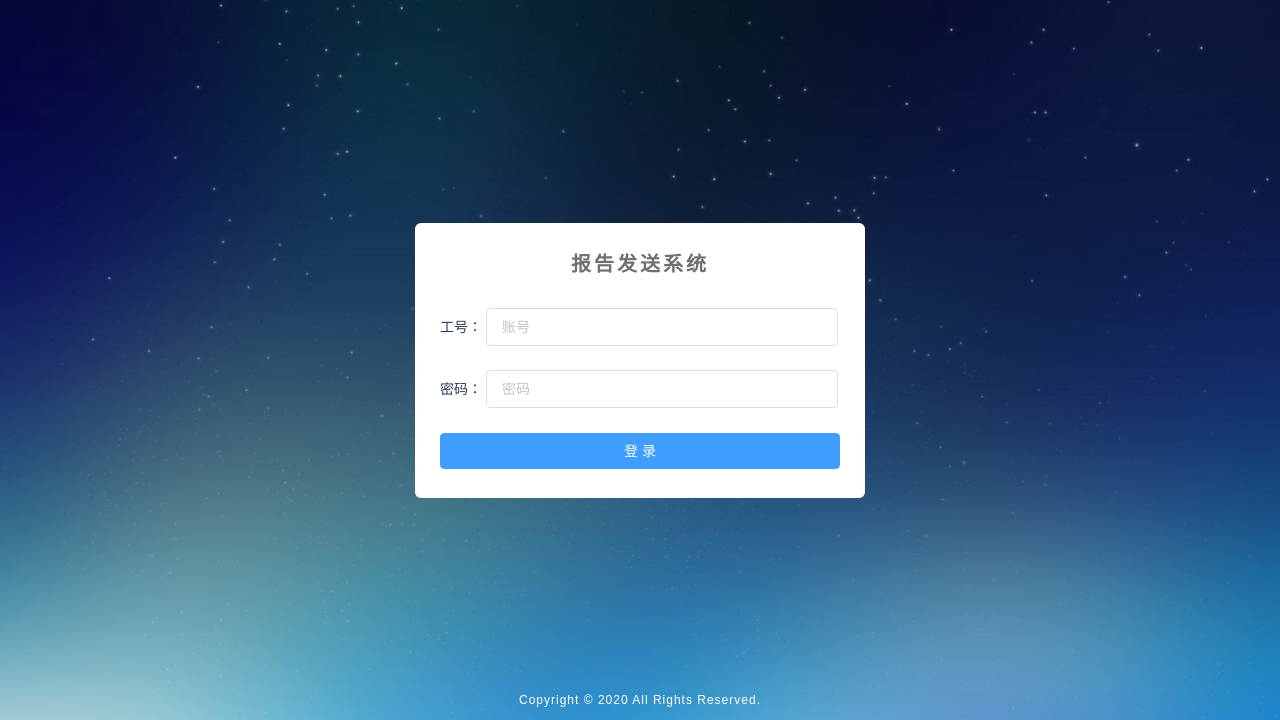
Repository: williamBoss/limsReport
Page: / (app in element-limsReport/)
An editor plug-in stored every save of this project. The page is shown before and after a run of saves, followed by the edit.
The browser window is 1280 px wide. The pictures show the whole page.
The project was rebuilt for these pictures with package versions that can differ from the ones it lists, and the page was loaded fresh each time. Also part of the build but not shown: element-limsReport/vue.config.js, element-limsReport/src/topMenu/index.vue, element-limsReport/src/views/TestItemInfo.vue, element-limsReport/src/components/Reportsearch.vue, element-limsReport/src/components/Upload.vue, element-limsReport/src/components/Auditreport.vue, element-limsReport/src/components/Download.vue, element-limsReport/src/pages/home/index.vue and 2 more.

Above is the page before, as saved 2020-03-25 12:08:09.

After the next 5 saves:
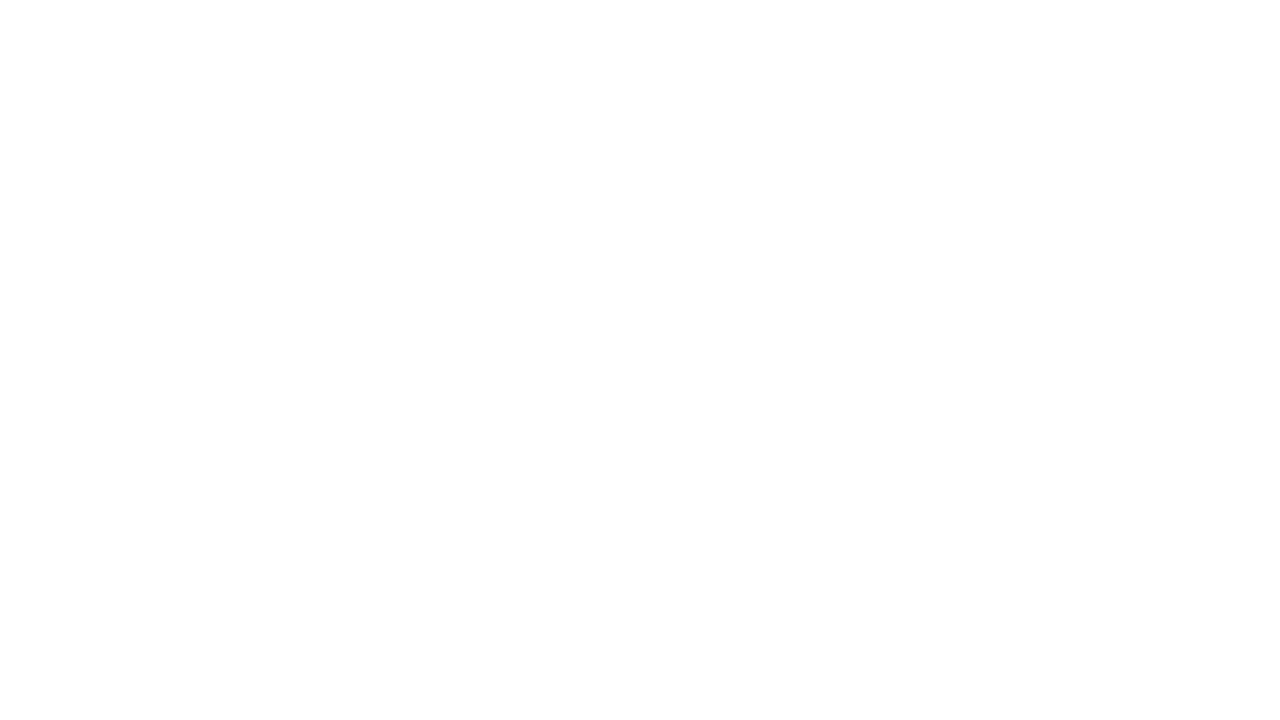
The 5 saves are shown as one change because they came seconds apart.
The last was saved 21 s later.
--- a/element-limsReport/src/router/index.js
+++ b/element-limsReport/src/router/index.js
@@ -24,10 +24,10 @@
       name: "Home",
       component: Home,
       meta: { loginRequest: true },
-      redirect: "/home/reportsearch",
+      redirect: "Reportsearch",
       children: [
         {
-          path: "reportsearch",
+          path: "/home/reportsearch",
           component: () => import("@/components/Reportsearch"),
           name: "reportSearch",
           meta: { loginRequest: true }

After the 3 saves that followed:
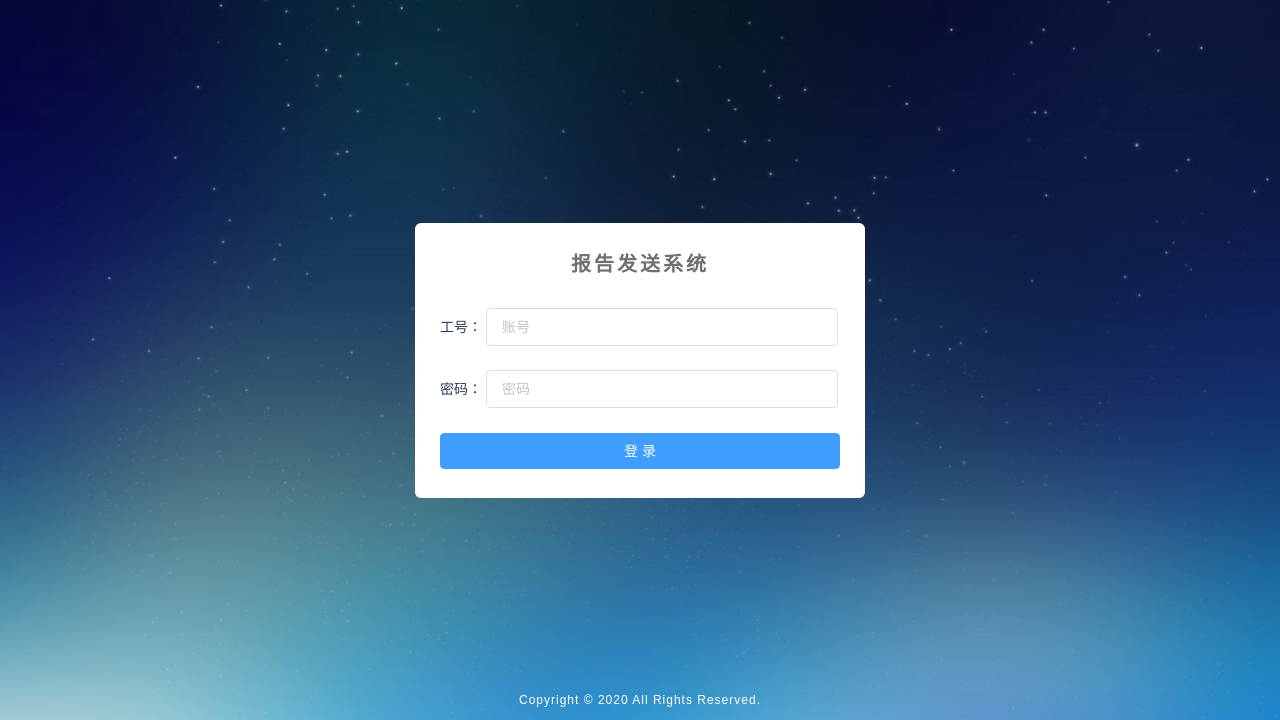
The 3 saves are shown as one change because 1 left the picture as it was and some came seconds apart.
The last was saved 37 s later.
--- a/element-limsReport/src/router/index.js
+++ b/element-limsReport/src/router/index.js
@@ -24,10 +24,10 @@
       name: "Home",
       component: Home,
       meta: { loginRequest: true },
-      redirect: "Reportsearch",
+      redirect: "/home/reportsearch",
       children: [
         {
-          path: "/home/reportsearch",
+          path: "reportsearch",
           component: () => import("@/components/Reportsearch"),
           name: "reportSearch",
           meta: { loginRequest: true }
